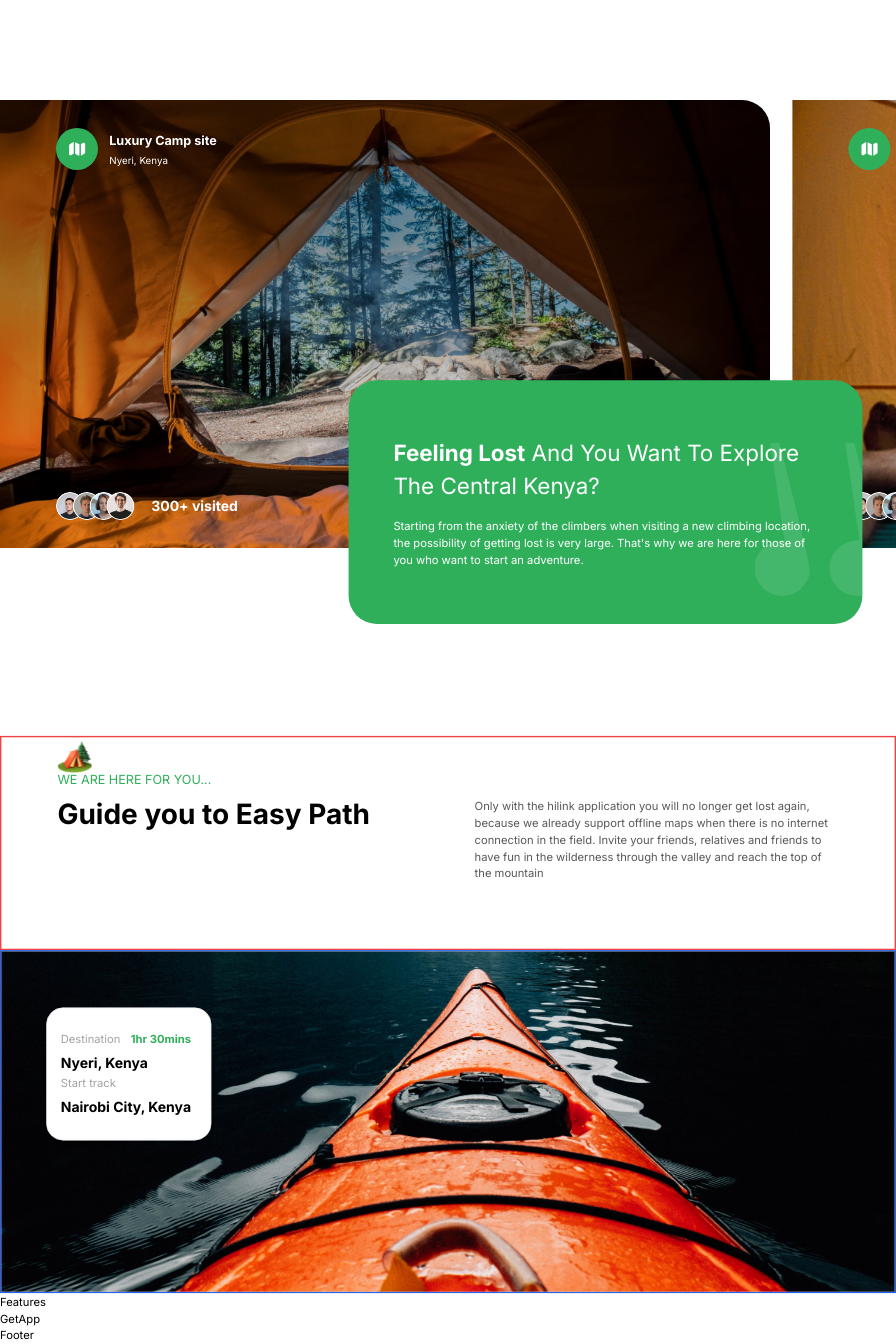
Repository: martin-raphael/travel_agency
Page: /
The author's editor kept a copy of each file at every save. The page is drawn from the files as they stood at one save, then again after the next save.
The browser window is 1280 px wide. The pictures show the part of the page from y = 775 to 2695 px (the page is 2695 px tall), at 70% of full size.
The project was rebuilt for these pictures with package versions that can differ from the ones it lists, and the page was loaded fresh each time. The framework's server and built-in components were replaced by stand-ins that run in the browser. Also part of the build but not shown: next.config.mjs.

Above is the page before, as saved 2024-08-09 00:29:39.

After the next save:
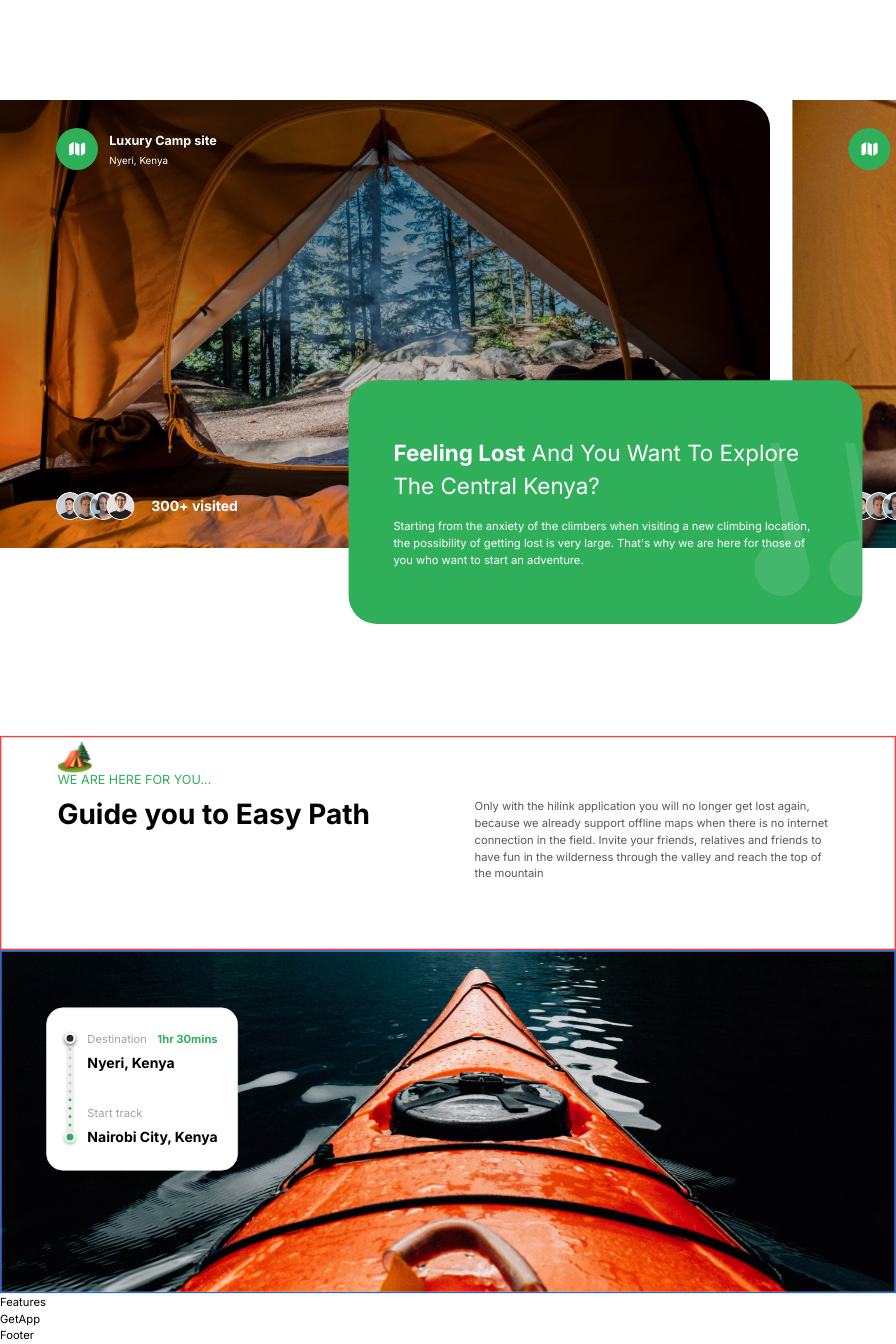
Saved 2 min 32 s later.
--- a/components/Guide.tsx
+++ b/components/Guide.tsx
@@ -33,6 +33,12 @@ const Guide = () => {
 
         <div className="absolute flex bg-white py-8 pl-5 pr-7 gap-3 rounded-3xl border
         shadow-md md:left-[5%] lg:top-20">
+          <Image
+          className="h-full w-auto"
+          src="/meter.svg"
+          alt="meter"
+          width={16}
+          height={158}/>
           <div className="flexBetween flex-col">
               <div className="flex w-full flex-col">
                 <div className="flexBetween w-full">
